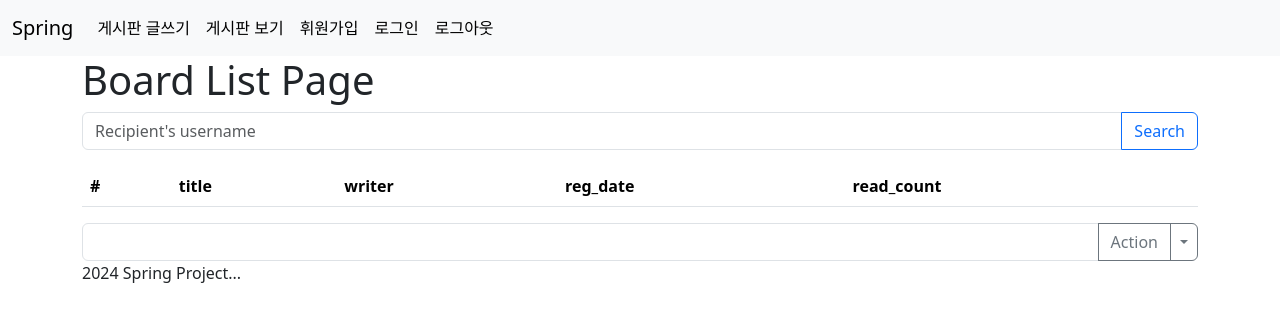
Repository: dlfhrrl12/springtest
Page: http://localhost/spring_study/WEB-INF/views/board/list.jsp
These files come from the project's save history. The page is drawn as it stood at one moment and after the next save; the edit follows.
The browser window is 1280 px wide. The pictures show the whole page.
The page is served by Tomcat 9. Nobody is signed in. The template is opened directly, without the code that normally fills it, so the values that code supplies are empty.

Above is the page before, as saved 2024-04-24 08:17:46.

After the next save:
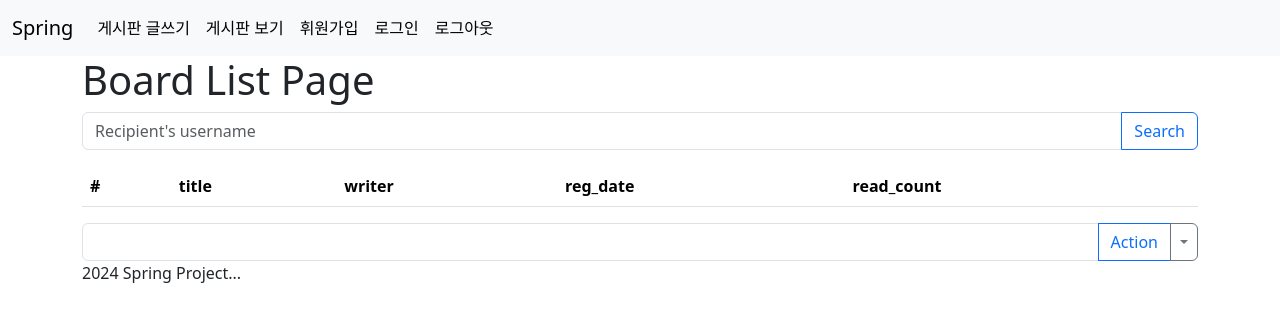
Saved 14 s later.
--- a/spring_study/src/main/webapp/WEB-INF/views/board/list.jsp
+++ b/spring_study/src/main/webapp/WEB-INF/views/board/list.jsp
@@ -38,7 +38,7 @@
 	<form action="">
 	<div class="input-group">
 	  <input type="text" class="form-control" aria-label="Text input with segmented dropdown button">
-	  <button type="button" class="btn btn-outline-secondary">Action</button>
+	  <button type=type="button" class="btn btn-outline-primary">Action</button>
 	  <button type="button" class="btn btn-outline-secondary dropdown-toggle dropdown-toggle-split" data-bs-toggle="dropdown" aria-expanded="false">
 	    <span class="visually-hidden">Toggle Dropdown</span>
 	  </button>
